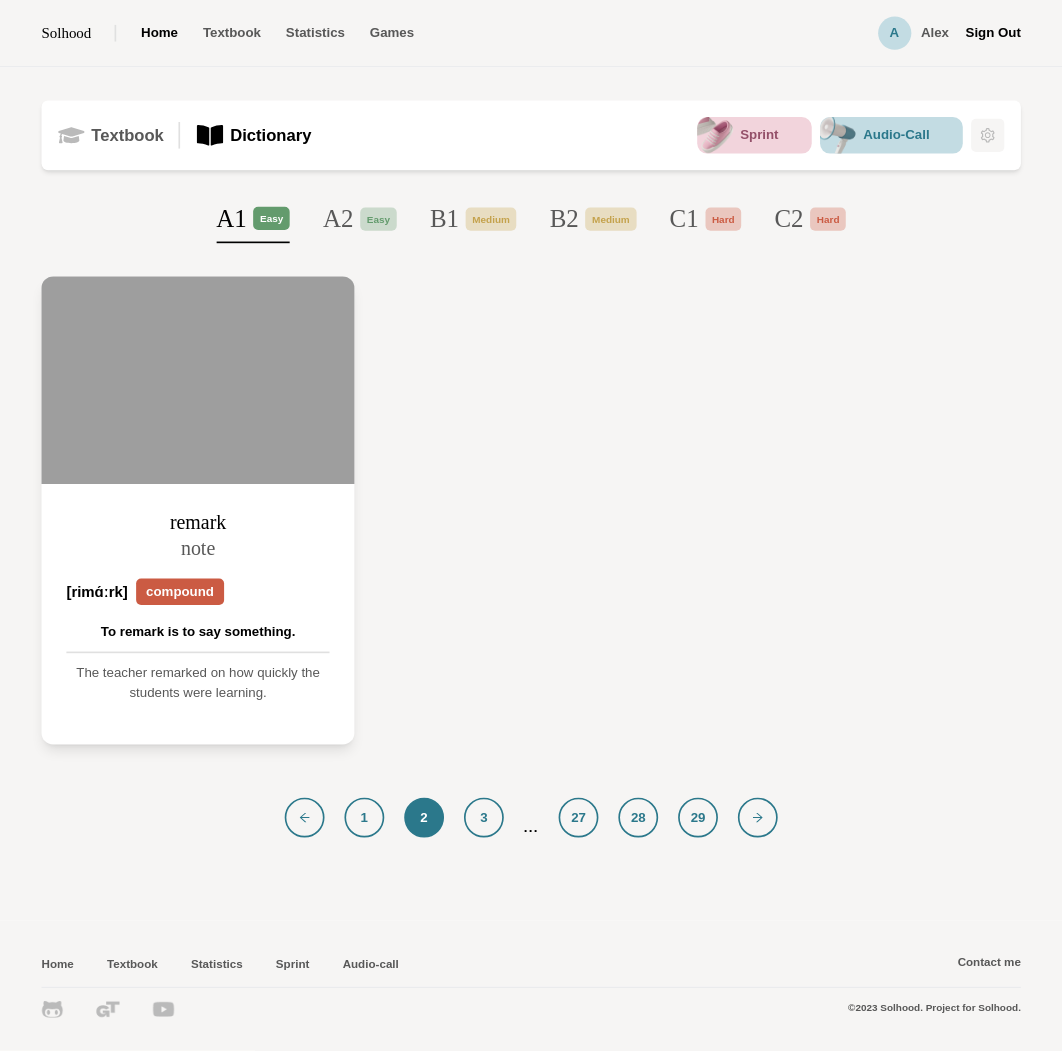
Repository: haudnn/solhood
Page: /textbook
An editor plug-in stored every save of this project. The page is shown before and after the next save, followed by the edit.
The browser window is 1280 px wide. The pictures show the whole page, at 83% of full size.
Pictures or frames that could not be fetched are drawn as grey boxes. The project was rebuilt for these pictures with package versions that can differ from the ones it lists, and the page was loaded fresh each time. Also part of the build but not shown: src/pages/Home.tsx, src/pages/sprint/Sprint.tsx, src/pages/sprint/Game.tsx, src/pages/sprint/Result.tsx, src/pages/audio/Audio.tsx, src/pages/audio/Game.tsx, src/pages/audio/Result.tsx, src/pages/statistics/Statistics.tsx.

Above is the page before, as saved 2023-01-10 23:09:56.

### public/index.html
<!DOCTYPE html>
<html lang="en">
  <head>
    <meta charset="utf-8" />
    <link rel="icon" href="%PUBLIC_URL%/solanaLogoMark.svg" />
    <meta name="viewport" content="width=device-width, initial-scale=1" />
    <meta name="theme-color" content="#000000" />
    <meta
      name="description"
      content="Web site created using create-react-app"
    />
    <link rel="apple-touch-icon" href="%PUBLIC_URL%/logo192.png" />
    <link rel="manifest" href="%PUBLIC_URL%/manifest.json" />
    <title>Solhood | E-Learning Platform</title>
  </head>
  <body>
    <noscript>You need to enable JavaScript to run this app.</noscript>
    <div id="root"></div>
  </body>
</html>

### src/App.tsx
import "./App.css";
import { BrowserRouter } from 'react-router-dom';
import RouterConfig from './config/RouterConfig';
import Footer from "./components/Layout/Footer";
import Header from "./components/Layout/Header";
function App() {
  return (
    <div className="overflow-hidden  App font-montserrat">
      <BrowserRouter>
        <Header />
        <RouterConfig/>
        <Footer/>
      </BrowserRouter>
    </div>
  );
}

export default App;

### src/config/RouterConfig.tsx
import React from 'react'
import { Routes, Route } from 'react-router-dom';
import {router} from '../constants';
const RouterConfig = () => {
  return (
    <Routes>
    {router.map(({ path, component }) => (
      <Route key={path} path={path} element={component} />
    ))}
  </Routes>
  )
}

export default RouterConfig

### src/components/Layout/Footer.tsx
import React from "react";
import github from "../../assets/imgs/github.png";
import GT from "../../assets/imgs/GT.png";
import youtube from "../../assets/imgs/youtube.png";
const Footer = () => {
  return (
    <footer>
      <div className="bg-greyligt py-[40px] px-5 md:px-0">
        <div className="app-container">
          <div className="pb-4 border-b border-solid boder-[greymedium]">
            <div className="grid">
              <div className="row">
                <div className="col l-6 c-6">
                  <ul className="flex flex-col pl-5 md:items-center md:gap-x-10 md:flex-row md:pl-0 gap-y-3 ">
                    <li>
                      <a
                        className="text-sm font-semibold text-greydark"
                        href="/"
                      >
                        Home
                      </a>
                    </li>
                    <li>
                      <a
                        className="text-sm font-semibold text-greydark"
                        href="/textbook"
                      >
                        Textbook
                      </a>
                    </li>
                    <li>
                      <a
                        className="text-sm font-semibold text-greydark"
                        href="/statistics"
                      >
                        Statistics
                      </a>
                    </li>
                    <li>
                      <a
                        className="text-sm font-semibold text-greydark"
                        href="/sprint"
                      >
                        Sprint
                      </a>
                    </li>
                    <li>
                      <a
                        className="text-sm font-semibold text-greydark"
                        href="/audio"
                      >
                        Audio-call
                      </a>
                    </li>
                  </ul>
                </div>
                <div className="col l-6 c-6">
                  <div className="flex items-center justify-start md:justify-end gap-x-10">
                    <a
                      className="text-sm font-semibold text-greydark"
                      href="/me"
                    >
                      Contact me
                    </a>
                  </div>
                </div>
              </div>
            </div>
          </div>
          <div className="pt-4">
            <div className="grid">
              <div className="row">
                <div className="col l-6 c-12">
                  <ul className="flex items-center justify-center mb-5 gap-x-10 md:mb-0 md:justify-start">
                    <li>
                      <a href="/">
                        <img src={github} alt="" />
                      </a>
                    </li>
                    <li>
                      <a href="/">
                        <img src={GT} alt="" />
                      </a>
                    </li>
                    <li>
                      <a href="/">
                        <img src={youtube} alt="" />
                      </a>
                    </li>
                  </ul>
                </div>
                <div className="col l-6 c-12">
                  <div className="flex items-center justify-center md:justify-end">
                    <span className="text-xs font-semibold text-greydark ">
                      ©2023 Solhood. Project for Solhood.
                    </span>
                  </div>
                </div>
              </div>
            </div>
          </div>
        </div>
      </div>
    </footer>
  );
};

export default Footer;

### src/constants/index.ts
import router from "./router"

export {router}

### src/constants/router.tsx
import Home from "../pages/Home";
import Sprint from "../pages/sprint/Sprint";
import SprintGame from "../pages/sprint/Game";
import SprintResult from "../pages/sprint/Result";
import Audio from "../pages/audio/Audio";
import AudioGame from "../pages/audio/Game";
import AudioResult from "../pages/audio/Result";
import TextBook from "../pages/textbook/TextBook";
import Statistics from "../pages/statistics/Statistics";
const router = [
 {
    path: '/',
    component: <Home />,
 },
 {
   path: '/textbook',
   component: <TextBook />,
},
 {
   path: '/statistics',
   component: <Statistics />,
 }
 ,
// Audio
 {
  path: '/audio',
  component: <Audio />,
 },
 {
  path: '/audio/game',
  component: <AudioGame />,
 },
 {
  path: '/audio/result',
  component: <AudioResult />,
 },
// Sprint
 {
  path: '/sprint',
  component: <Sprint />,
  },
 {
  path: '/sprint/game',
  component: <SprintGame />,
 },
 {
  path: '/sprint/result',
  component: <SprintResult />,
 },


]
export default router;

### src/pages/textbook/TextBook.tsx
import React, { useState } from "react";
import { FaGraduationCap, FaBookOpen } from "react-icons/fa";
import { AiOutlineSetting } from "react-icons/ai";
import textbookSneaker from ".././../assets/imgs/textbookSneaker.png";
import textbookAudio from ".././../assets/imgs/textbookAudio.png";
import useOnClickOutside from "../../hooks/useClickOutSide";
import { AiOutlineArrowLeft, AiOutlineArrowRight } from "react-icons/ai";
import noWords from "../../assets/imgs/nowords.png";
import WordItem from "./WordItem";
const TextBook = () => {
  const [isSettings, setIsSettings] = useState<Boolean>(false);
  const ref = React.useRef<HTMLDivElement | null>(null);
  useOnClickOutside(ref, () => setIsSettings(false));
  const handleShowSettings = () => {
    setIsSettings((prev) => !prev);
  };
  const [checkedList, setCheckedList] = useState([
    {
      id: 0,
      checked: false,
    },
    {
      id: 1,
      checked: false,
    },
  ]);
  const handleChecked = (e: any) => {
    const { value, checked } = e.target;
    const newList = [...checkedList];
    newList[+value].checked = checked;
    setCheckedList(newList);
  };
  return (
    <div className="md:pt-10 pt-5 textbook bg-greyligt pb-[100px]">
      <div className="flex flex-col items-center w-[1180px] m-auto">
        <div className="w-full p-5 bg-white rounded-lg shadow-md ">
          <div className="grid">
            <div className="row">
              <div className="col l-6 c-12">
                <div className="flex items-center w-full h-full">
                  <div className="flex items-center justify-center h-8 mr-5 cursor-pointer gap-x-2 line-long before:-right-5">
                    <FaGraduationCap className="w-8 h-full text-greyicon"></FaGraduationCap>
                    <span className="text-xl font-bold leading-8 text-greydark">
                      Textbook
                    </span>
                  </div>
                  <div className="flex items-center justify-center h-8 ml-5 text-black cursor-pointer gap-x-2">
                    <FaBookOpen className="w-8 h-full"></FaBookOpen>
                    <span className="text-xl font-bold leading-8">
                      Dictionary
                    </span>
                  </div>
                </div>
              </div>
              <div className="col l-6 c-12">
                <div
                  ref={ref}
                  className="flex items-center justify-end w-full h-full gap-x-[10px] relative "
                >
                  <div className="flex items-center justify-start pr-10 cursor-pointer rounded-xl gap-x-2 bg-pinklight">
                    <img
                      src={textbookSneaker}
                      alt=""
                      className="object-cover"
                    />
                    <span className="text-base font-bold text-pinkdark">
                      Sprint
                    </span>
                  </div>
                  <div className="flex items-center justify-start pr-10 cursor-pointer rounded-xl gap-x-2 bg-cyanlight">
                    <img src={textbookAudio} alt="" className="object-cover" />
                    <span className="text-base font-bold text-cyandark">
                      Audio-Call
                    </span>
                  </div>
                  <div
                    onClick={handleShowSettings}
                    className={`flex items-center justify-center w-10 h-10 rounded-md cursor-pointer ${isSettings ? "bg-cyandark" : "bg-greyligt"}`}
                  >
                    <AiOutlineSetting className={`w-5 h-5 ${isSettings ? "text-white" : "text-greyicon"} t`}></AiOutlineSetting>
                  </div>
                  {isSettings && (
                    <div className="absolute p-5 bg-white rounded-[14px] shadow-lg top-14 bridge">
                      <div>
                        <div className="flex items-center gap-x-[10px] mb-1">
                          <input
                            checked={checkedList[0].checked}
                            onChange={handleChecked}
                            type="checkbox"
                            id="0"
                            name="0"
                            value="0"
                          />
                          <label
                            htmlFor="0"
                            className={`font-semibold ${
                              checkedList[0].checked
                                ? "text-black"
                                : "text-[#828282]"
                            }`}
                          >
                            Show words in a list
                          </label>
                        </div>
                        <div className="flex items-center gap-x-[10px] mb-1">
                          <input
                            checked={checkedList[1].checked}
                            onChange={handleChecked}
                            type="checkbox"
                            id="1"
                            name="1"
                            value="1"
                          />
                          <label
                            htmlFor="1"
                            className={`font-semibold ${
                              checkedList[1].checked
                                ? "text-black"
                                : "text-[#828282]"
                            }`}
                          >
                            Display the 'Add' and 'Remove' buttons
                          </label>
                        </div>
                      </div>
                    </div>
                  )}
                </div>
              </div>
            </div>
          </div>
        </div>
        <div className="flex items-center justify-center my-10 gap-x-10">
          <div className="cursor-pointer flex items-center justify-center pb-[10px] gap-x-2 border-b-2 border-solid border-black">
            <span className="text-3xl font-dela">A1</span>
            <div className="px-2 py-[2px] rounded-md bg-greendesign">
              <span className="text-xs font-semibold text-white">Easy</span>
            </div>
          </div>
          <div className="cursor-pointer flex items-center justify-center pb-[10px] gap-x-2">
            <span className="text-3xl font-dela text-greydark">A2</span>
            <div className="px-2 py-[2px] rounded-md bg-secondgreendesign">
              <span className="text-xs font-semibold text-greendesign">
                Easy
              </span>
            </div>
          </div>
          <div className="cursor-pointer flex items-center justify-center pb-[10px] gap-x-2">
            <span className="text-3xl font-dela text-greydark">B1</span>
            <div className="px-2 py-[2px] rounded-md bg-secondyellowdesign">
              <span className="text-xs font-semibold text-yellowdesign">
                Medium
              </span>
            </div>
          </div>
          <div className="cursor-pointer flex items-center justify-center pb-[10px] gap-x-2">
            <span className="text-3xl font-dela text-greydark">B2</span>
            <div className="px-2 py-[2px] rounded-md bg-secondyellowdesign">
              <span className="text-xs font-semibold text-yellowdesign">
                Medium
              </span>
            </div>
          </div>
          <div className="cursor-pointer flex items-center justify-center pb-[10px] gap-x-2">
            <span className="text-3xl font-dela text-greydark">C1</span>
            <div className="px-2 py-[2px] rounded-md bg-secondorangedesign">
              <span className="text-xs font-semibold text-orangedesign">
                Hard
              </span>
            </div>
          </div>
          <div className="cursor-pointer flex items-center justify-center pb-[10px] gap-x-2">
            <span className="text-3xl font-dela text-greydark">C2</span>
            <div className="px-2 py-[2px] rounded-md bg-secondorangedesign">
              <span className="text-xs font-semibold text-orangedesign">
                Hard
              </span>
            </div>
          </div>
        </div>
        <div className={`${checkedList[0].checked ? "w-[926px]" : "w-full"} `}>
          <div className="gird">
            <div className="row">
                <WordItem isList={checkedList[0].checked} isShowButtons={checkedList[1].checked}/>
            </div>
          </div>
        </div>
        {/* <div>
          <div className="p-10 bg-white rounded-xl max-w-[800px]">
            <div className="grid">
              <div className="row">
                <div className="col l-4">
                  <div>
                    <img
                      src={noWords}
                      alt=""
                      className="object-cover w-full h-full"
                    />
                  </div>
                </div>
                <div className="col l-8">
                  <div className="flex flex-col justify-center w-full h-full">
                    <p className="text-2xl font-dela mb-[14px]">No words in this section yet</p>
                    <p className="mb-8 text-base font-semibold text-greydark">
                      To save difficult words for further study, go to the textbook and select 'add to dictionary'
                    </p>
                    <div>
                      <button className="py-[14px] px-[22px] flex items-center justify-center rounded-[100px] bg-cyandark">
                        <a href="/textbook" className="text-base font-semibold text-white">
                          To Textbook
                        </a>
                      </button>
                    </div>
                  </div>
                </div>
              </div>
            </div>
          </div>
        </div> */}
        <div className="flex pt-10 gap-x-6">
          <div className="w-[48px] h-[48px] flex items-center justify-center rounded-[50%] border-2 border-solid border-cyandark text-cyandark">
            <AiOutlineArrowLeft className="text-base font-bold"></AiOutlineArrowLeft>
          </div>
          <div className="w-[48px] h-[48px] flex items-center justify-center rounded-[50%] border-2 border-solid border-cyandark text-cyandark">
            <span className="text-base font-bold">1</span>
          </div>
          <div className="w-[48px] h-[48px] flex items-center justify-center rounded-[50%] border-2 border-solid border-cyandark text-white bg-cyandark">
            <span className="text-base font-bold">2</span>
          </div>
          <div className="w-[48px] h-[48px] flex items-center justify-center rounded-[50%] border-2 border-solid border-cyandark text-cyandark">
            <span className="text-base font-bold">3</span>
          </div>
          <div className="h-[48px] flex items-end">
            <span className="text-base font-bold tracking-widest">...</span>
          </div>
          <div className="w-[48px] h-[48px] flex items-center justify-center rounded-[50%] border-2 border-solid border-cyandark text-cyandark">
            <span className="text-base font-bold">27</span>
          </div>
          <div className="w-[48px] h-[48px] flex items-center justify-center rounded-[50%] border-2 border-solid border-cyandark text-cyandark">
            <span className="text-base font-bold">28</span>
          </div>
          <div className="w-[48px] h-[48px] flex items-center justify-center rounded-[50%] border-2 border-solid border-cyandark text-cyandark">
            <span className="text-base font-bold">29</span>
          </div>
          <div className="w-[48px] h-[48px] flex items-center justify-center rounded-[50%] border-2 border-solid border-cyandark text-cyandark">
            <AiOutlineArrowRight className="text-base font-bold"></AiOutlineArrowRight>
          </div>
        </div>
      </div>
    </div>
  );
};

export default TextBook;

### src/hooks/useClickOutSide.ts
import {useEffect} from 'react'

const useOnClickOutside = (ref:any, handler:any) => {
    useEffect(() => {
        const listener = (event:any) => {
          if (!ref.current || ref.current.contains(event.target)) {
            return;
          }
          handler(event);
        };
        document.addEventListener("mousedown", listener);
        document.addEventListener("touchstart", listener);
        return () => {
          document.removeEventListener("mousedown", listener);
          document.removeEventListener("touchstart", listener);
        };
      },
      [ref, handler]
    );
  }
export default useOnClickOutside

Loaded but not shown: src/index.tsx (common file); src/App.css (common file); tailwind.config.js (33 lines, source omitted); src/index.css (762 lines, source omitted); src/components/Layout/Header.tsx (167 lines, source omitted); src/pages/textbook/WordItem.tsx (114 lines, source omitted)

After the next save:
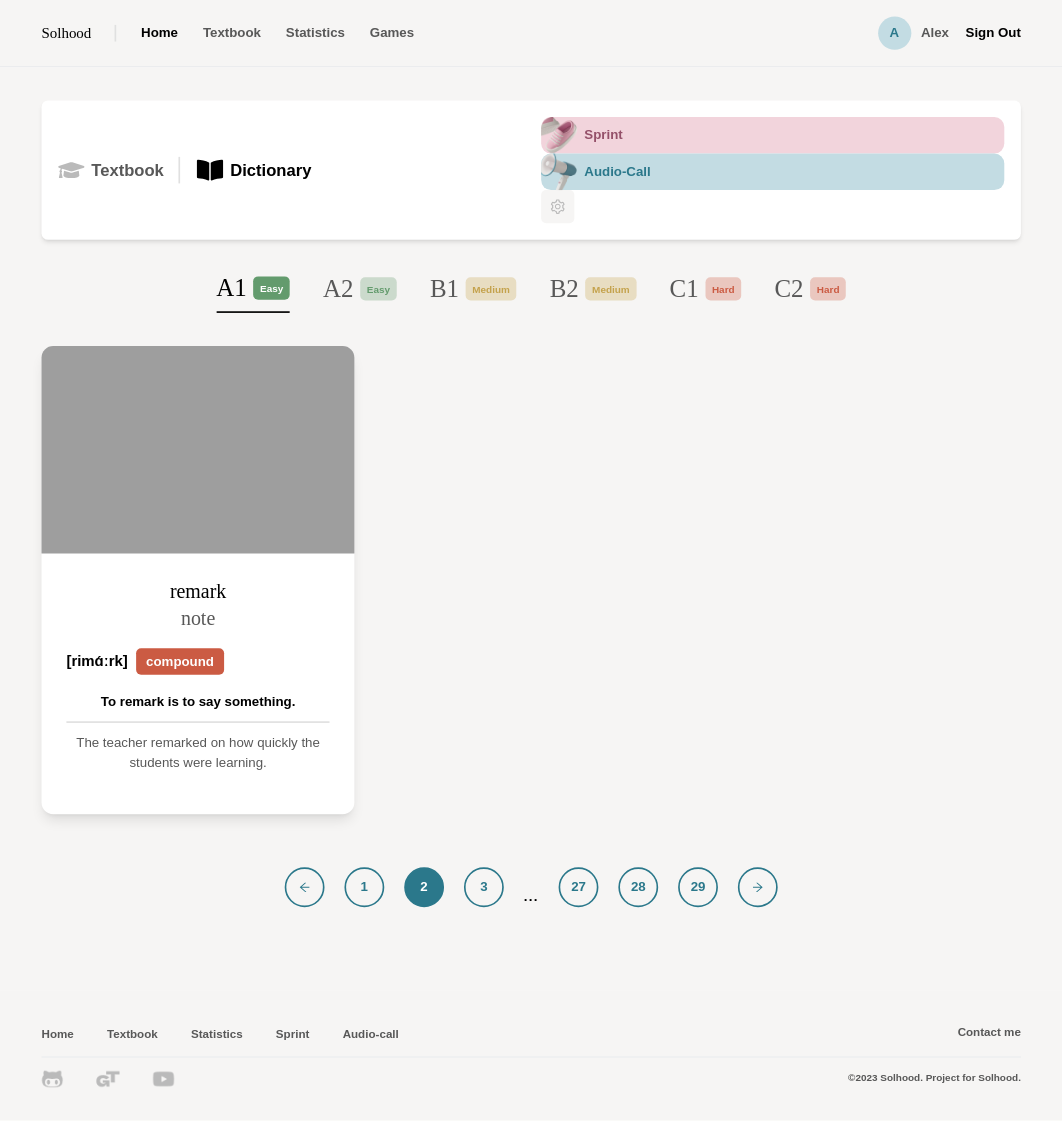
Saved 106 s later.
--- a/src/pages/textbook/TextBook.tsx
+++ b/src/pages/textbook/TextBook.tsx
@@ -55,7 +55,7 @@
               <div className="col l-6 c-12">
                 <div
                   ref={ref}
-                  className="flex items-center justify-end w-full h-full gap-x-[10px] relative "
+                  className=""
                 >
                   <div className="flex items-center justify-start pr-10 cursor-pointer rounded-xl gap-x-2 bg-pinklight">
                     <img

After the save that followed:
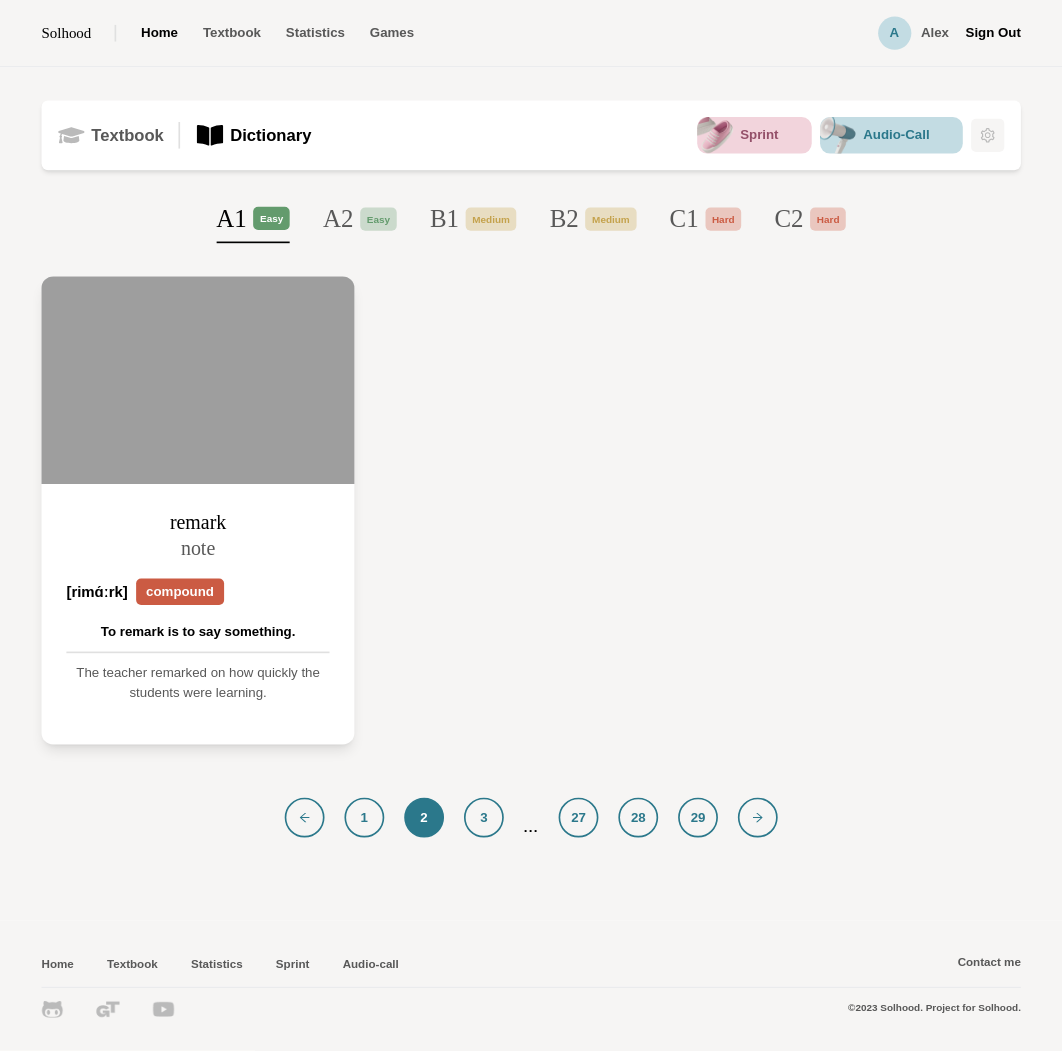
Saved 7 s later.
--- a/src/pages/textbook/TextBook.tsx
+++ b/src/pages/textbook/TextBook.tsx
@@ -55,7 +55,7 @@
               <div className="col l-6 c-12">
                 <div
                   ref={ref}
-                  className=""
+                  className="flex items-center justify-end w-full h-full gap-x-[10px]"
                 >
                   <div className="flex items-center justify-start pr-10 cursor-pointer rounded-xl gap-x-2 bg-pinklight">
                     <img
